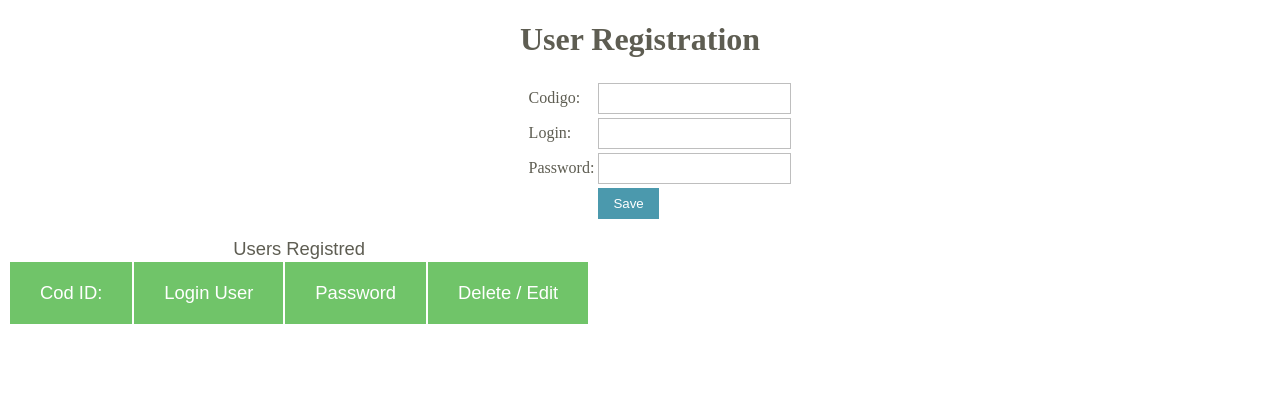
Repository: ViniciusBeletella/project-jsp
Page: http://localhost/project-jsp/userRegistration.jsp
An editor plug-in stored every save of this project. The page is shown before and after the next save, followed by the edit.
The browser window is 1280 px wide. The pictures show the whole page.
The page is served by Tomcat 9. Other server files are loaded and not shown.

Above is the page before, as saved 2019-12-20 22:56:12.

### project-jsp/WebContent/userRegistration.jsp
<%@ page language="java" contentType="text/html; charset=UTF-8"
	pageEncoding="UTF-8"%>
<%@ taglib uri="http://java.sun.com/jsp/jstl/core" prefix="c"%>
<!DOCTYPE html>
<html>
<head>
<meta charset="UTF-8">
<title>User Registration</title>
<link rel="stylesheet" href="resources/css/registration.css">
</head>
<body>

	<center>
		<h1>User Registration</h1>
	</center>
	</tr>
	<tr></tr>
	<tr>
		<center>
			<form action="saveUser" method="post">
				<ul class="form-style-1">
					<li>
						<table>
							<tr>
								<td>Codigo:</td>
								<td><input type="text" readonly="readonly" id="id"
									name="id" value="${user.id}"></td>
							</tr>
							<tr>
								<td>Login:</td>
								<td><input type="text" id="login" name="login"
									value="${user.login}"></td>
							</tr>

							<tr>
								<td>Password:</td>
								<td><input type="password" id="password" name="password"
									value="${user.password}"></td>
							</tr>
							<tr>
								<td></td>
								<td><input type="submit" value="Save"></td>
							</tr>
						</table>
					</li>
				</ul>
			</form>
		</center>

			<table class="flat-table">
				<caption>Users Registred</caption>
				<tr>
				<th>Cod ID:</th>
				<th>Login User</th>
				<th>Password</th>
				<th>Delete / Edit</th>
			</tr>
			<c:forEach items="${users}" var="userL">
				<tr>
					<td style="width: 150px"><c:out value="${userL.id}"></c:out></td>
					<td style="width: 150px"><c:out value="${userL.login}"></c:out></td>
					<td style="width: 150px"><c:out value="${userL.password}"></c:out></td>
					<td><c:out value="${user.password}"></c:out></td>
					<td><a href="saveUser?acao=delete&user=${userL.login}">Delete</a>
					</td>
					<td><a href="saveUser?acao=edit&user=${userL.login}">Edit</a></td>

				</tr>

			</c:forEach>
		</table>


</body>
</html>

### project-jsp/WebContent/resources/css/registration.css

<style type="text/css">
.form-style-1 {
	margin:10px auto;
	max-width: 400px;
	text-align:center;
	padding: 20px 12px 10px 20px;
	font: 13px "Lucida Sans Unicode", "Lucida Grande", sans-serif;
}
.form-style-1 li {
	padding: 0;
	display: block;
	list-style: none;
	margin: 10px 0 0 0;
}
.form-style-1 label{
	margin:0 0 3px 0;
	padding:0px;
	text-align:center;
	display:block;
	font-weight: bold;
}
.form-style-1 input[type=text],
.form-style-1 input[type=password],
.form-style-1 input[type=date],
.form-style-1 input[type=datetime],
.form-style-1 input[type=number],
.form-style-1 input[type=search],
.form-style-1 input[type=time],
.form-style-1 input[type=url],
.form-style-1 input[type=email],
textarea,
select{
	box-sizing: border-box;
	-webkit-box-sizing: border-box;
	-moz-box-sizing: border-box;
	border:1px solid #BEBEBE;
	padding: 7px;
	margin:0px;
	-webkit-transition: all 0.30s ease-in-out;
	-moz-transition: all 0.30s ease-in-out;
	-ms-transition: all 0.30s ease-in-out;
	-o-transition: all 0.30s ease-in-out;
	outline: none;
}
.form-style-1 input[type=text]:focus,
.form-style-1 input[type=password]:focus,
.form-style-1 input[type=date]:focus,
.form-style-1 input[type=datetime]:focus,
.form-style-1 input[type=number]:focus,
.form-style-1 input[type=search]:focus,
.form-style-1 input[type=time]:focus,
.form-style-1 input[type=url]:focus,
.form-style-1 input[type=email]:focus,
.form-style-1 textarea:focus,
.form-style-1 select:focus{
	-moz-box-shadow: 0 0 8px #88D5E9;
	-webkit-box-shadow: 0 0 8px #88D5E9;
	box-shadow: 0 0 8px #88D5E9;
	border: 1px solid #88D5E9;
}
.form-style-1 .field-divided{
	width: 49%;
}

.form-style-1 .field-long{
	width: 100%;
}
.form-style-1 .field-select{
	width: 100%;
}
.form-style-1 .field-textarea{
	height: 100px;
}
.form-style-1 input[type=submit], .form-style-1 input[type=button]{
	background: #4B99AD;
	padding: 8px 15px 8px 15px;
	border: none;
	color: #fff;
}
.form-style-1 input[type=submit]:hover, .form-style-1 input[type=button]:hover{
	background: #4691A4;
	box-shadow:none;
	-moz-box-shadow:none;
	-webkit-box-shadow:none;
}
.form-style-1 .required{
	color:red;
}
$bp-maggie: 15em;
$bp-lisa: 30em;
$bp-bart: 48em;
$bp-marge: 62em;
$bp-homer: 75em;


* {
 @include box-sizing(border-box);

 &:before,
 &:after {
   @include box-sizing(border-box);
 }
}

body {
  font-family: $helvetica;
  color: rgba(94,93,82,1);
}

a {
  color: rgba(51,122,168,1);

  &:hover,
  &:focus {
    color: rgba(75,138,178,1);
  }
}






.flat-table {
  display: block;
  font-family: sans-serif;
  margin-left: auto;
  margin-right: auto;
  -webkit-font-smoothing: antialiased;
  font-size: 115%;
  overflow: auto;
  width: auto;

  th {
    background-color: rgb(112, 196, 105);
    color: white;
    font-weight: normal;
    padding: 20px 30px;
    text-align: center;
  }
  td {
    background-color: rgb(238, 238, 238);
    color: rgb(111, 111, 111);
    padding: 20px 30px;
  }
}
}

After the next save:
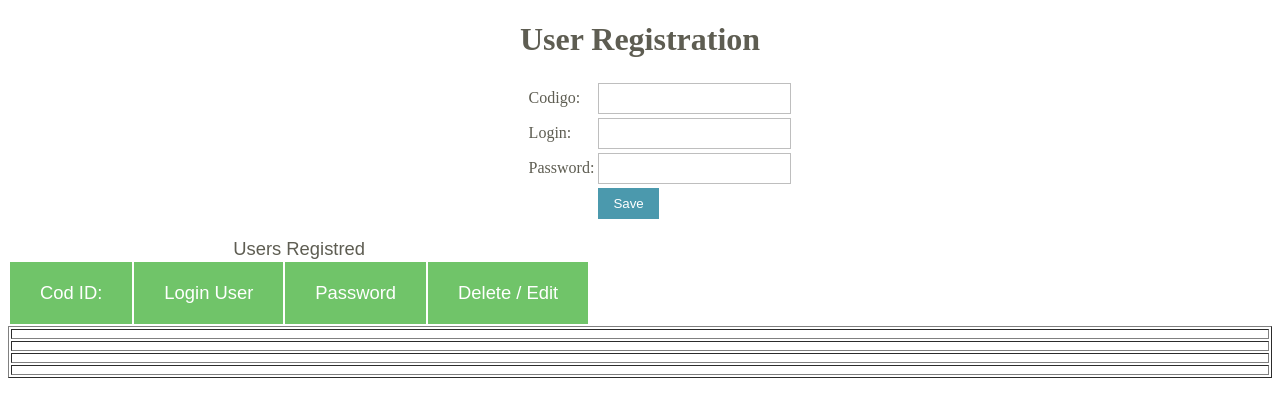
Saved 27 s later.
--- a/project-jsp/WebContent/userRegistration.jsp
+++ b/project-jsp/WebContent/userRegistration.jsp
@@ -69,6 +69,21 @@
 
 			</c:forEach>
 		</table>
+		<table border="1" width="100%" height="100%" cellpadding="4">
+        <tr>
+            <td align="center" colspan="2"><tiles:insert attribute="header" />
+            </td>
+        </tr>
+        <tr>
+            <td width="20%"><tiles:insert attribute="menu" /></td>
+        </tr>
+        <tr>
+            <td width="80%"><tiles:insert attribute="body" /></td>
+        </tr>
+        <tr>
+            <td colspan="2"><tiles:insert attribute="footer" /></td>
+        </tr>
+    </table>
 
 
 </body>
